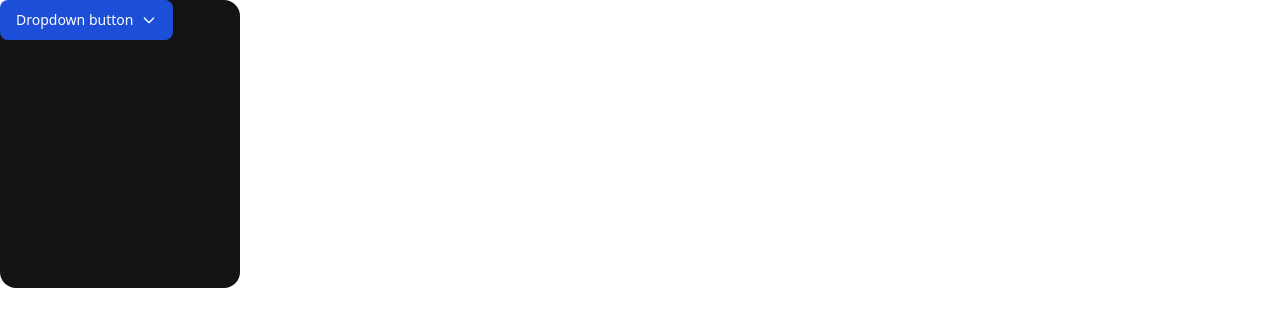
Repository: SayedJamil/Edvora-app
Page: /leftcard
The author's editor kept a copy of each file at every save. The page is drawn from the files as they stood at one save, then again after the next save.
The browser window is 1280 px wide. The pictures show the whole page.
The project was rebuilt for these pictures with package versions that can differ from the ones it lists, and the page was loaded fresh each time. The framework's server and built-in components were replaced by stand-ins that run in the browser. Also part of the build but not shown: next.config.js.

Above is the page before, as saved 2021-12-19 15:51:18.

After the next save:
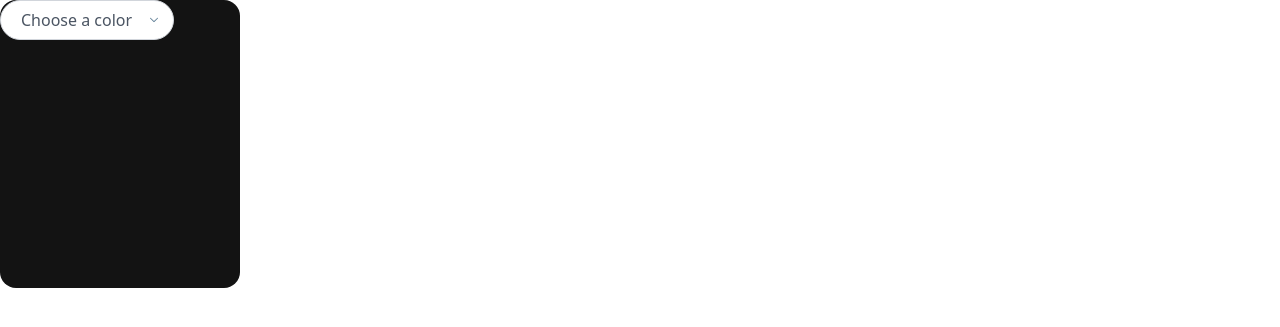
Saved 106 s later.
--- a/pages/leftcard.js
+++ b/pages/leftcard.js
@@ -2,28 +2,19 @@ function leftcard() {
     return (
         <div className="h-72 w-60 bg-[#131313] rounded-2xl">
 
-            <button class="text-white bg-blue-700 hover:bg-blue-800 focus:ring-4 focus:ring-blue-300 font-medium rounded-lg text-sm px-4 py-2.5 text-center inline-flex items-center" type="button" data-dropdown-toggle="dropdown">Dropdown button <svg class="w-4 h-4 ml-2" fill="none" stroke="currentColor" viewBox="0 0 24 24" xmlns="http://www.w3.org/2000/svg"><path stroke-linecap="round" stroke-linejoin="round" stroke-width="2" d="M19 9l-7 7-7-7"></path></svg></button>
-
-
-            <div class="hidden bg-white text-base z-50 list-none divide-y divide-gray-100 rounded shadow my-4" id="dropdown">
-                <div class="px-4 py-3">
-                    <span class="block text-sm">Bonnie Green</span>
-                    <span class="block text-sm font-medium text-gray-900 truncate">name@flowbite.com</span>
-                </div>
-                <ul class="py-1" aria-labelledby="dropdown">
-                    <li>
-                        <a href="#" class="text-sm hover:bg-gray-100 text-gray-700 block px-4 py-2">Dashboard</a>
-                    </li>
-                    <li>
-                        <a href="#" class="text-sm hover:bg-gray-100 text-gray-700 block px-4 py-2">Settings</a>
-                    </li>
-                    <li>
-                        <a href="#" class="text-sm hover:bg-gray-100 text-gray-700 block px-4 py-2">Earnings</a>
-                    </li>
-                    <li>
-                        <a href="#" class="text-sm hover:bg-gray-100 text-gray-700 block px-4 py-2">Sign out</a>
-                    </li>
-                </ul>
+            <div class="relative inline-flex">
+                <svg class="w-2 h-2 absolute top-0 right-0 m-4 pointer-events-none" xmlns="http://www.w3.org/2000/svg" viewBox="0 0 412 232"><path d="M206 171.144L42.678 7.822c-9.763-9.763-25.592-9.763-35.355 0-9.763 9.764-9.763 25.592 0 35.355l181 181c4.88 4.882 11.279 7.323 17.677 7.323s12.796-2.441 17.678-7.322l181-181c9.763-9.764 9.763-25.592 0-35.355-9.763-9.763-25.592-9.763-35.355 0L206 171.144z" fill="#648299" fill-rule="nonzero" /></svg>
+                <select class="border border-gray-300 rounded-full text-gray-600 h-10 pl-5 pr-10 bg-white hover:border-gray-400 focus:outline-none appearance-none">
+                    <option>Choose a color</option>
+                    <option>Red</option>
+                    <option>Blue</option>
+                    <option>Yellow</option>
+                    <option>Black</option>
+                    <option>Orange</option>
+                    <option>Purple</option>
+                    <option>Gray</option>
+                    <option>White</option>
+                </select>
             </div>
         </div>
     )
